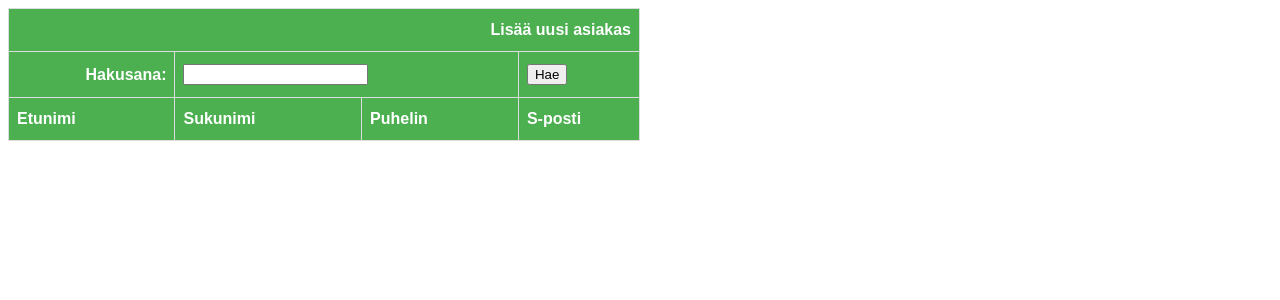
Repository: Lateh13/Asiakkaat
Page: http://localhost/Asiakkaat/listaaasiakkaat.jsp
The author's editor kept a copy of each file at every save. The page is drawn from the files as they stood at one save, then again after the next save.
The browser window is 1280 px wide. The pictures show the whole page.
The page is served by Tomcat 9. Queries for data that is not in the repository find no rows.

Above is the page before, as saved 2020-04-29 16:27:05.

After the next save:
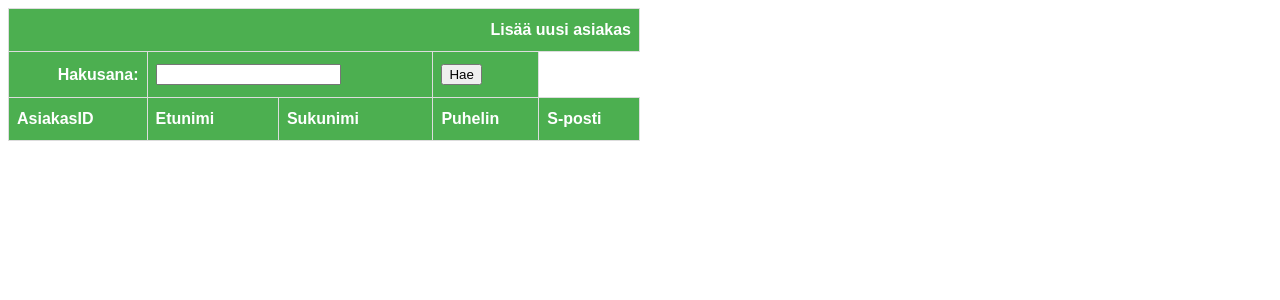
Saved 11 min 4 s later.
--- a/Asiakkaat/WebContent/listaaasiakkaat.jsp
+++ b/Asiakkaat/WebContent/listaaasiakkaat.jsp
@@ -12,7 +12,7 @@
 <table id="listaus">
 	<thead>
 		<tr>
-			<th colspan="4" class="oikealle"><span id="uusiAsiakas">Lisää uusi asiakas</span></th>
+			<th colspan="5" class="oikealle"><span id="uusiAsiakas">Lisää uusi asiakas</span></th>
 		</tr>
 		<tr>
 			<th class="oikealle">Hakusana:</th>
@@ -20,6 +20,7 @@
 			<th><input type="submit" value="Hae" id="hakunappi"></th>
 		</tr>
   		<tr>
+  			<th>AsiakasID</th>
 	    	<th>Etunimi</th>
 	    	<th>Sukunimi</th>
 	    	<th>Puhelin</th>
